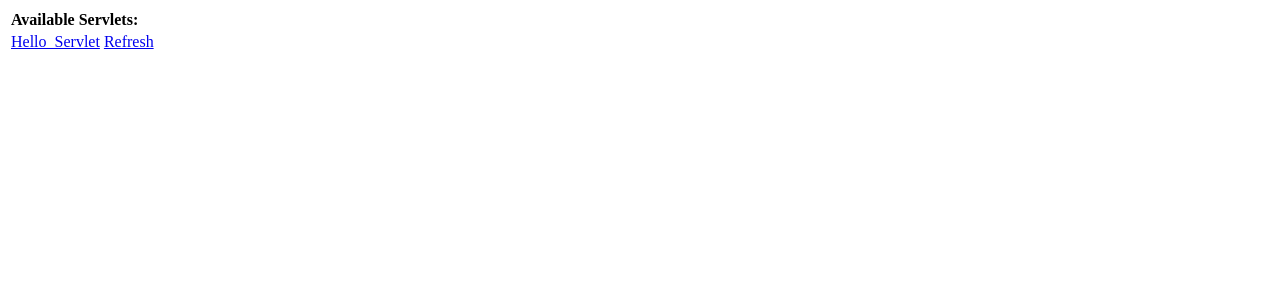
Repository: 123umakant/Home
Page: Demo/Hello_Servlet/war/index.html
These files come from the project's save history. The page is drawn as it stood at one moment and after the next save; the edit follows.
The browser window is 1280 px wide. The pictures show the whole page.

Above is the page before, as saved 2018-11-29 10:03:44.

### Demo/Hello_Servlet/war/index.html
<!DOCTYPE HTML PUBLIC "-//W3C//DTD HTML 4.01 Transitional//EN">
<!-- The HTML 4.01 Transitional DOCTYPE declaration-->
<!-- above set at the top of the file will set     -->
<!-- the browser's rendering engine into           -->
<!-- "Quirks Mode". Replacing this declaration     -->
<!-- with a "Standards Mode" doctype is supported, -->
<!-- but may lead to some differences in layout.   -->

<html>
  <head>
    <meta http-equiv="content-type" content="text/html; charset=UTF-8">
    <title>Hello App Engine</title>
  </head>

  <body>


    <table>
      <tr>
        <td colspan="2" style="font-weight:bold;">Available Servlets:</td>
      </tr>
      <tr>
        <td><a href="hello_servlet">Hello_Servlet</a></td>

         <td><a href="Refresh">Refresh</a></td>
      </tr>
    </table>

  </body>
</html>

After the next save:
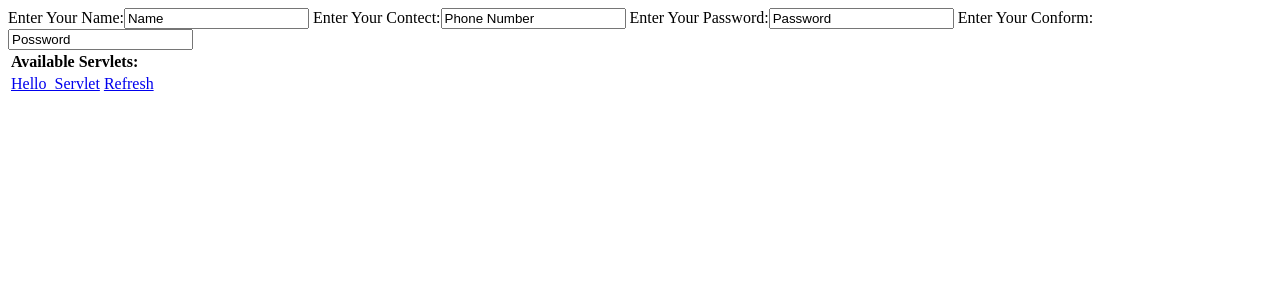
Saved 3 min 27 s later.
--- a/Demo/Hello_Servlet/war/index.html
+++ b/Demo/Hello_Servlet/war/index.html
@@ -14,6 +14,19 @@
 
   <body>
 
+    Enter Your Name:<input type="text" value="Name">
+    Enter Your Contect:<input type="text" value="Phone Number">
+    Enter Your Password:<input type="text" value="Password">
+    Enter Your Conform:<input type="text" value="Possword">
+
+
+
+
+
+
+
+
+
 
     <table>
       <tr>
